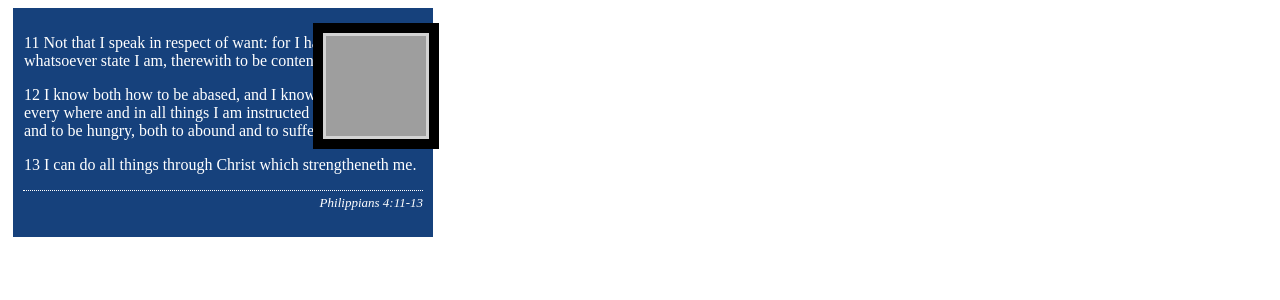
Repository: isaAJ05/wdd130
Page: week02/box-model.html
An editor plug-in stored every save of this project. The page is shown before and after the next save, followed by the edit.
The browser window is 1280 px wide. The pictures show the whole page.
Pictures or frames that could not be fetched are drawn as grey boxes.

Above is the page before, as saved 2025-05-15 01:07:24.

### week02/box-model.html
<!DOCTYPE html>
<html lang="en">
<head>
    <meta charset="UTF-8">
    <meta name="viewport" content="width=device-width, initial-scale=1.0">
    <title>Box Model</title>
    <link rel="stylesheet" href="styles/box-model.css">
</head>
<body>
    <main>
	<div class="callout">
		<img src="https://churchofjesuschrist.org/imgs/0d9965bac82711eda736eeeeac1e6a3620d4c7dc/full/500%2C/0/default" alt="Paul the Apostle" width="150" height="150">
		<blockquote>
			<p>11 Not that I speak in respect of want: for I have learned, in whatsoever state I am, therewith to be content.</p>
			<p>12 I know both how to be abased, and I know how to abound: every where and in all things I am instructed both to be full and to be hungry, both to abound and to suffer need.</p>
			<p>13 I can do all things through Christ which strengtheneth me.</p>
		</blockquote>
		<cite>Philippians 4:11-13</cite>
		<p></p>
	</div>
</main>
</body>
</html>

### week02/styles/box-model.css
.callout {
    max-width: 400px;
    margin: 5px;
    border: 0px;
    padding: 10px;
    background-color: rgba(22,65,124);
	color: white;
}

.callout img {
    position: absolute; ;
    margin: 5px 40px 50px 290px;
    border: black solid 10px;
    padding: 3px;
    background-color: lightgray;
    width: 100px ;
    height: 100px;
}

blockquote {
	margin: auto auto auto 1px;
}

cite {
	display: block;
    border-top: 1px dotted white;
    padding-top: 1%;
    text-align: right;
    font-size: 13px;
}

After the next save:
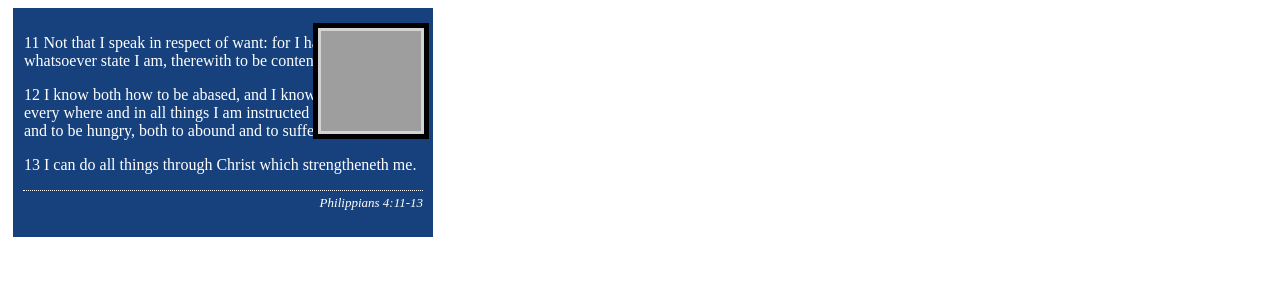
Saved 5 s later.
--- a/week02/styles/box-model.css
+++ b/week02/styles/box-model.css
@@ -10,7 +10,7 @@
 .callout img {
     position: absolute; ;
     margin: 5px 40px 50px 290px;
-    border: black solid 10px;
+    border: black solid 5px;
     padding: 3px;
     background-color: lightgray;
     width: 100px ;
